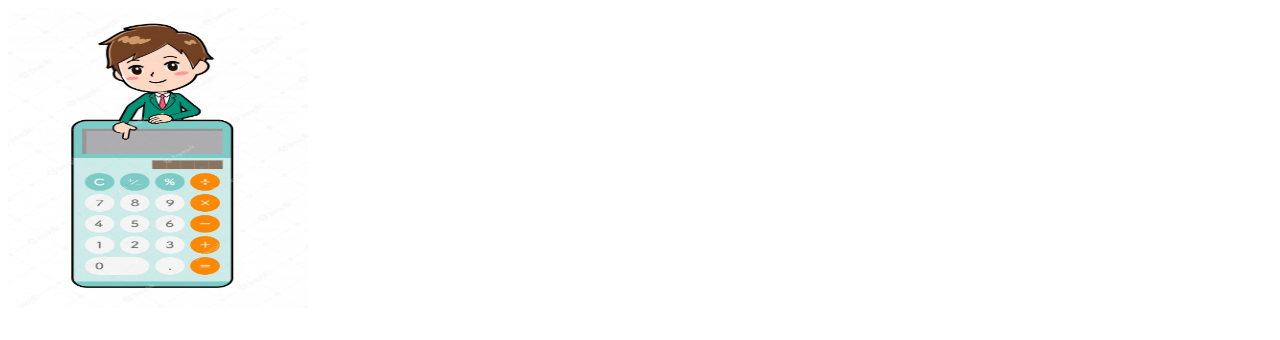
Repository: JhonMercedes/Javascript-book
Page: cap3/ex3_5.html
The author's editor kept a copy of each file at every save. The page is drawn from the files as they stood at one save, then again after the next save.
The browser window is 1280 px wide. The pictures show the whole page.

Above is the page before, as saved 2021-12-15 22:42:05.

### cap3/ex3_5.html
<!DOCTYPE html>
<html lang="en">
<head>
    <meta charset="UTF-8">
    <meta http-equiv="X-UA-Compatible" content="IE=edge">
    <meta name="viewport" content="width=device-width, initial-scale=1.0">
    <link rel="stylesheet" href="./css/style.css">
    <title>Exemplo 3.5</title>
</head>
<body>
    <img src="./img/calculadora.jpg" alt="">
</body>
</html>

### cap3/css/style.css
img {
    float: left;
    height: 300px;
    width: 300px;
}

h1{
    border-bottom-style: inset;
}

After the next save:
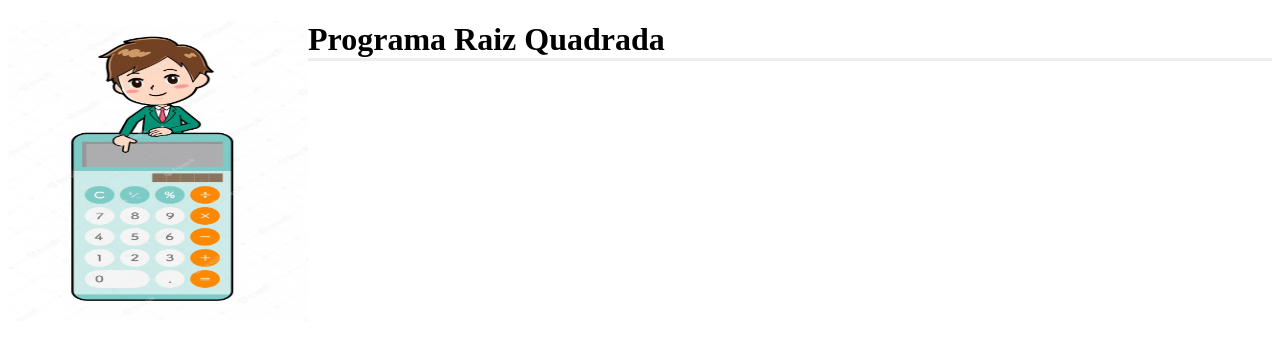
Saved 33 s later.
--- a/cap3/ex3_5.html
+++ b/cap3/ex3_5.html
@@ -9,5 +9,8 @@
 </head>
 <body>
     <img src="./img/calculadora.jpg" alt="">
+    <h1>Programa Raiz Quadrada</h1>
+
+
 </body>
 </html>
